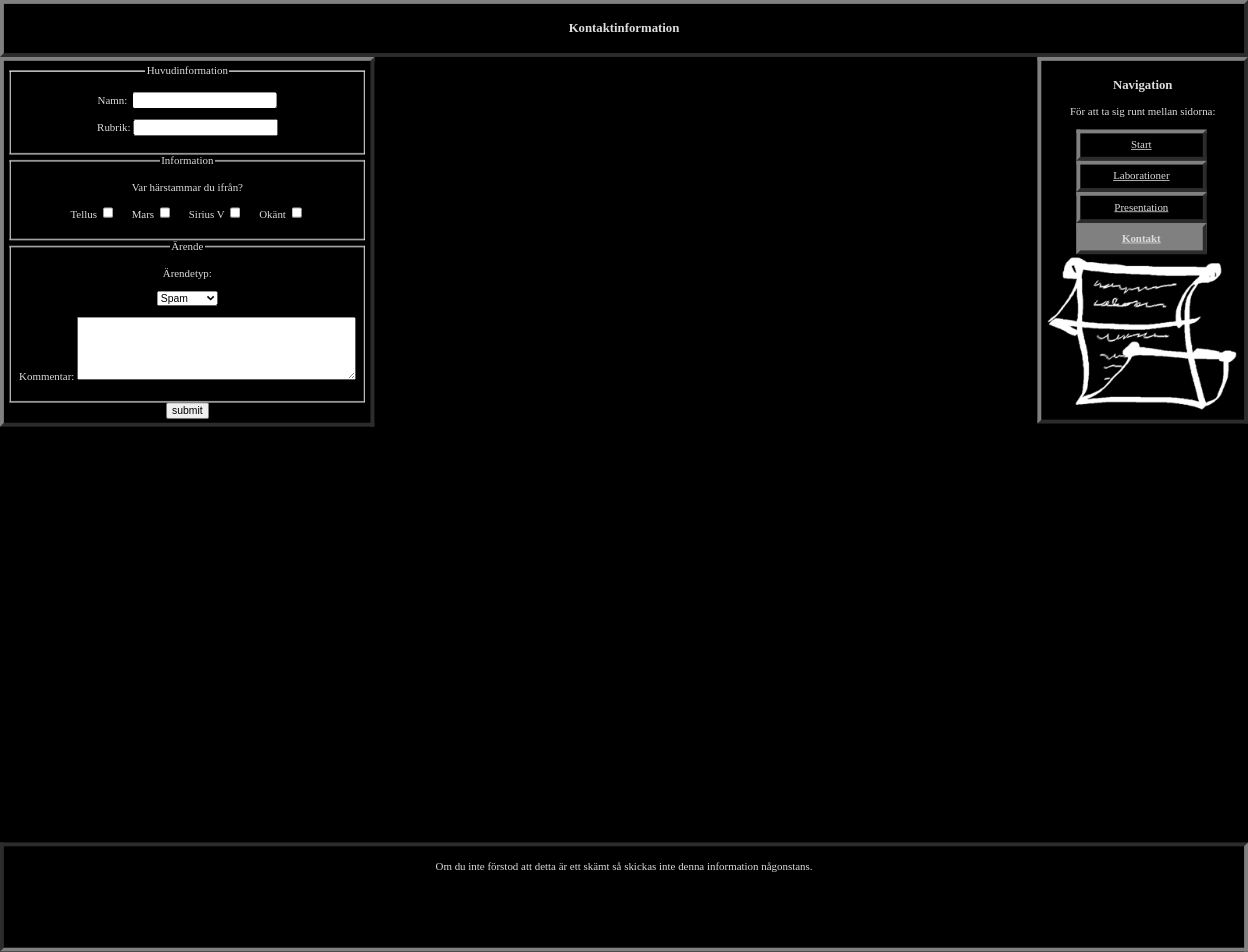
Repository: cg222im/1IK415_cg222im
Page: pages/kontakt.html
The author's editor kept a record of every edit. The page is drawn from the files as they stood at one moment, then again after the next edit.
The browser window is 1280 px wide. The page is 1600 px wide, so the pictures cover 1600 px, including what lies to the right of the window. The pictures show the whole page, at 78% of full size.

Above is the page before.

After the next edit:
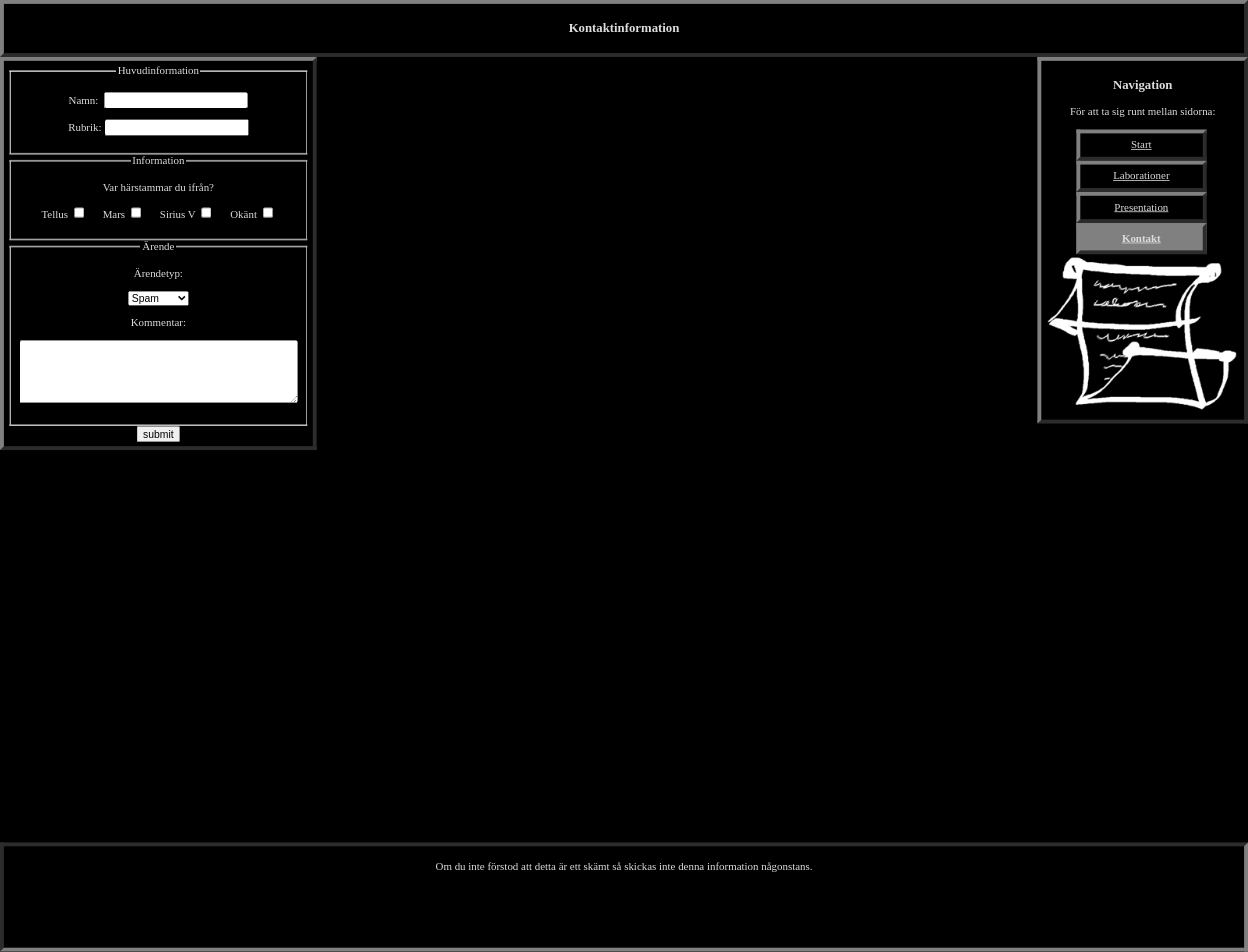
The edit:
--- a/pages/kontakt.html
+++ b/pages/kontakt.html
@@ -48,7 +48,8 @@
                                 <p><option value="love">Kärlek</option></p>
                             <p></select></p>
 
-                        <p><label for="comments">Kommentar:</label> <textarea name="comments" id="comments" cols="42" rows="5"></textarea></p>
+
+                        <p><label for="comments">Kommentar:</label></p> <p><textarea name="comments" id="comments" cols="42" rows="5"></textarea></p>
 
                 </fieldset>
 
